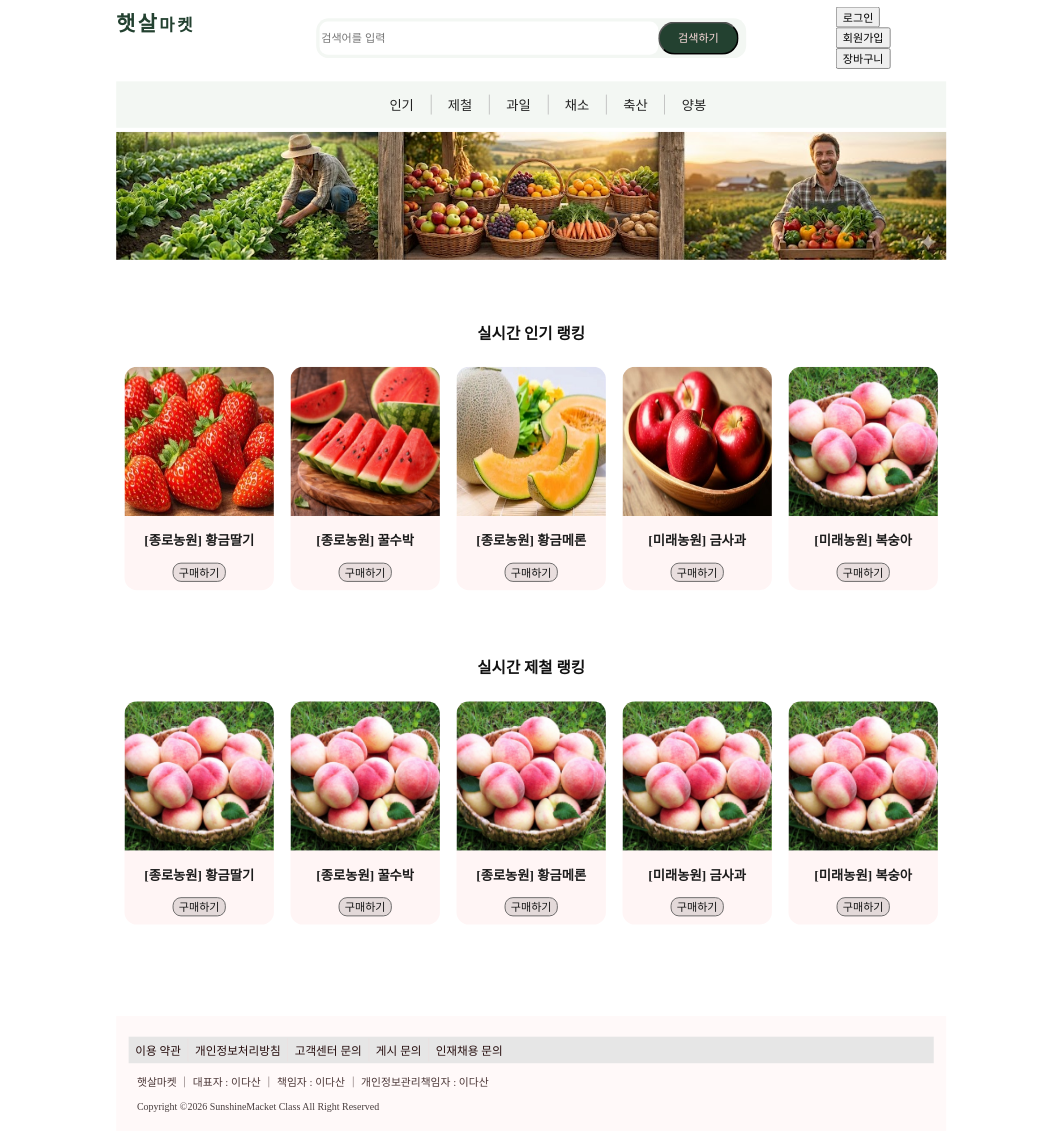
Repository: ham-zi/front-practice
Page: http://localhost/marketfresh/
An editor plug-in stored every save of this project. The page is shown before and after the next save, followed by the edit.
The browser window is 1280 px wide. The pictures show the whole page, at 83% of full size.
The page is served by Tomcat 9. Nobody is signed in. The application's start-up code is not run.

Above is the page before, as saved 2026-05-07 10:42:11.

After the next save:
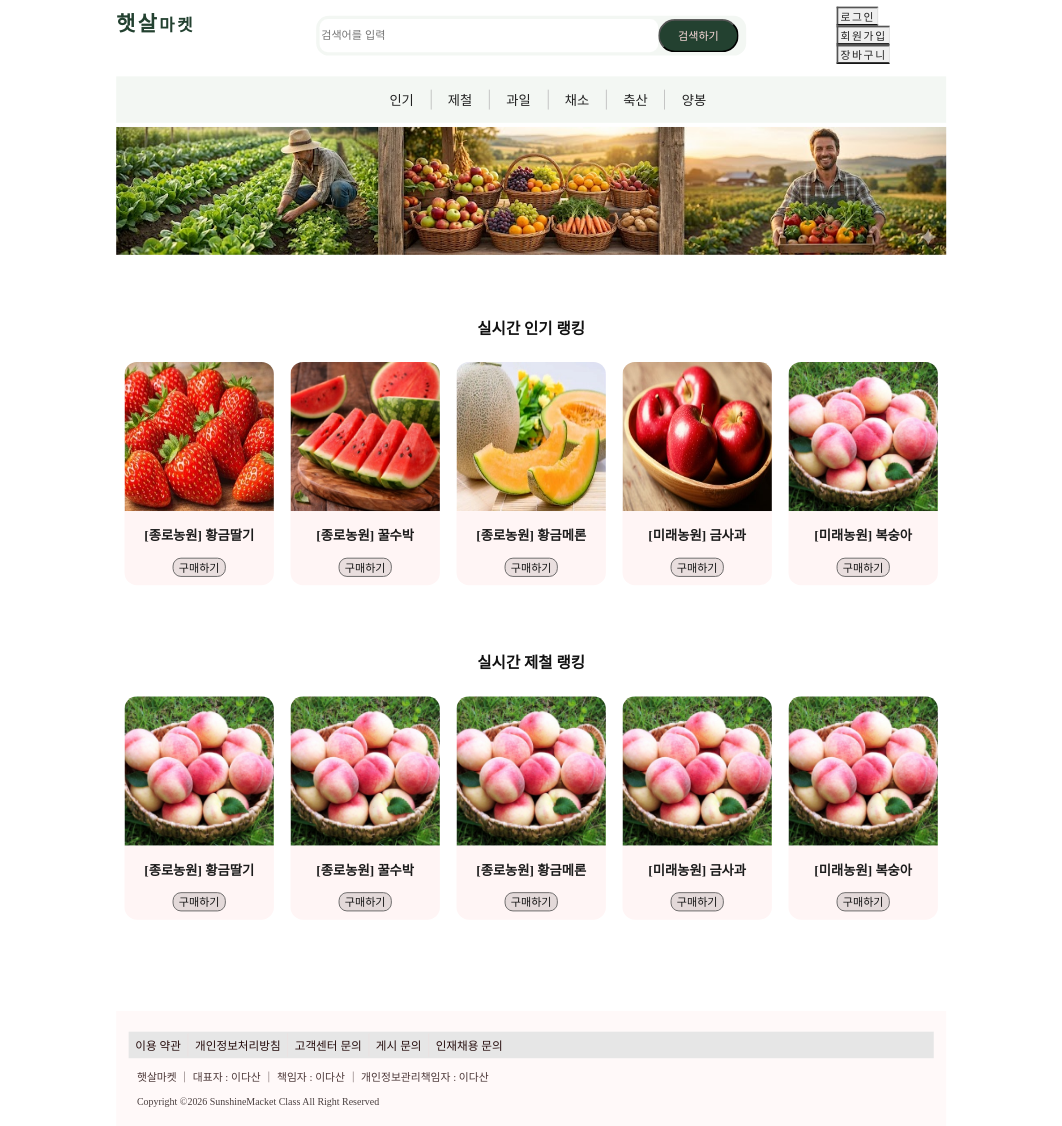
Saved 56 s later.
--- a/MINI_WEB-workspace/marketfresh/src/main/webapp/resources/css/headerutil.css
+++ b/MINI_WEB-workspace/marketfresh/src/main/webapp/resources/css/headerutil.css
@@ -4,7 +4,7 @@
     justify-content: center;
 }
 
-#util > a {
+#util > form > button {
     text-decoration: none;
     color: rgb(34, 34, 34);
     border-right : 1px solid rgb(221, 221, 221);
